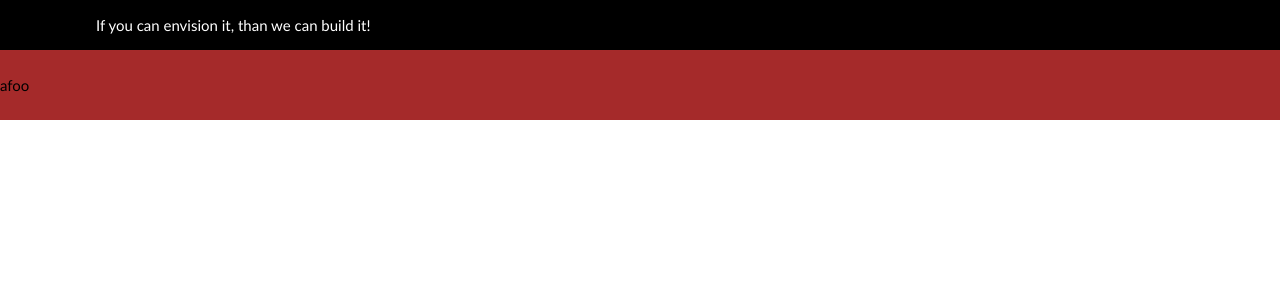
Repository: samuelsemako/Zose.com
Page: http://localhost/
These files come from the project's save history. The page is drawn as it stood at one moment and after a run of saves; the edit follows.
The browser window is 1280 px wide. The pictures show the whole page.
Some web fonts or font styles are not loaded; a fallback is used. The page is run by PHP 8.4 with error messages shown; the project is at /var/www/html/.

Above is the page before, as saved 2024-05-16 18:17:50.

### index.php
<!DOCTYPE html PUBLIC "-//W3C//DTD XHTML 1.0 Transitional//EN" "http://www.w3.org/TR/xhtml1/DTD/xhtml1-transitional.dtd">
<html xmlns="http://www.w3.org/1999/xhtml" lang="en">
<head>
	<?php include "meta.php"?>
	<title>ZOSE</title>
</head>
<body>
    <header>
		<div class="top-div">
			<div class="inner-div">
				<div><p>If you can envision it, than we can build it!</p></div>
				<div class="icon-div">
					<a href="#" title="facebook">
					<i class="bi-facebook"></i></a>
					<a href="#" title="twitter">
					<i class="bi-twitter"></i></a>
					<a href="#" title="instagram">
					<i class="bi-instagram"></i></a>
					<a href="#" title="youtube">
					<i class="bi-youtube"></i></a>
				</div>
			</div>
		</div>

		<div class="bottom-div">
			afoo
		</div>
	</header>

</body>
</html>

### meta.php
<meta http-equiv="Content-Type" content="text/html; charset=utf-8" />
<meta name="viewport" content="width=device-width, initial-scale=1.0">

<link rel="stylesheet" type="text/css" href="styles/main.css">
<link rel="shortcut icon" type="image-png" href="all-images/images/icon.png">
<link href="styles/icons-1.10.2/font/bootstrap-icons.css" type="text/css" rel="stylesheet" >

<script type="text/javascripts" src="js/scripts.js"></script>

### styles/main.css
/* Paramount */
body{
    background: #ffffff;
    font-family: 'Trebuchet MS', 'Lucida Sans Unicode', 'Lucida Grande', 'Lucida Sans', Arial, sans-serif;
    font-size: 15px;
    padding: 0px;
    margin: 0px;
}

h1, h2, h3, h4, h5, h6{
    font-family: Verdana, Geneva, Tahoma, sans-serif;
}

a{
    text-decoration: none;
    color: inherit;
}
button{
    font-family: 'Trebuchet MS', 'Lucida Sans Unicode', 'Lucida Grande', 'Lucida Sans', Arial, sans-serif;
}

input{
    font-family: 'Trebuchet MS', 'Lucida Sans Unicode', 'Lucida Grande', 'Lucida Sans', Arial, sans-serif;
}

p{
    margin: 0px;
    padding: 0px;
}



/* header style */

header{
    background: #fff;
    min-height: 70px;
    display: flex;
    flex-direction: column;
}

header .top-div{
    background: #000;
    min-height: 50px;
    width: 100%;
    display: flex;
    justify-content: center;
}

header .top-div .inner-div{
    width: 85%;
    min-height: 40px;
    display: flex;
    align-items: center;
    justify-content: space-between;
    color: #fff;
}

header .top-div .inner-div .icon-div{
    display: flex;
    gap: 15px;
    font-size: 18px;
}


header .top-div .inner-div .icon-div i{
    cursor: pointer;
}


header .bottom-div{
    min-height: 70px;
    width: 100%;
    background: brown;
    display: flex;
    align-items: center;
    justify-content: sap;
}

Loaded but not shown: styles/icons-1.10.2/font/bootstrap-icons.css (library)

After the next 2 saves:
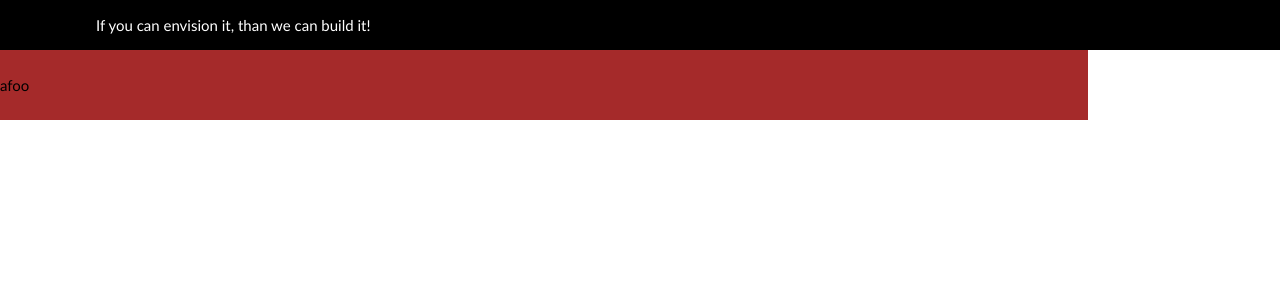
The 2 saves are shown as one change because they came seconds apart.
The last was saved 19 s later.
--- a/styles/main.css
+++ b/styles/main.css
@@ -70,7 +70,7 @@ header .top-div .inner-div .icon-div i{
 
 header .bottom-div{
     min-height: 70px;
-    width: 100%;
+    width: 85%;
     background: brown;
     display: flex;
     align-items: center;
